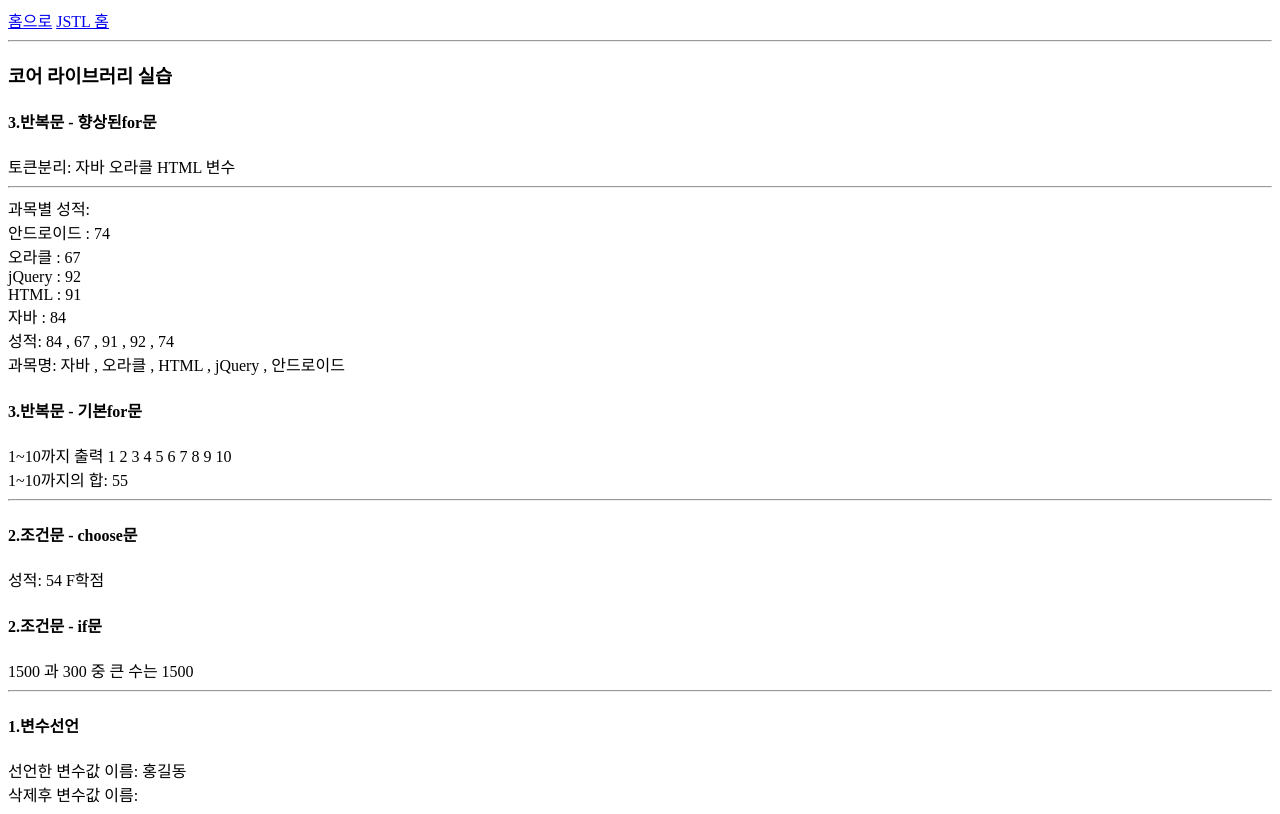
Repository: linklifejo/study_web
Page: http://localhost/servlet02/jstl/core.jsp
The author's editor kept a copy of each file at every save. The page is drawn from the files as they stood at one save, then again after the next save.
The browser window is 1280 px wide. The pictures show the whole page.
The page is served by Tomcat 9.

Above is the page before, as saved 2023-02-08 01:08:40.

After the next save:
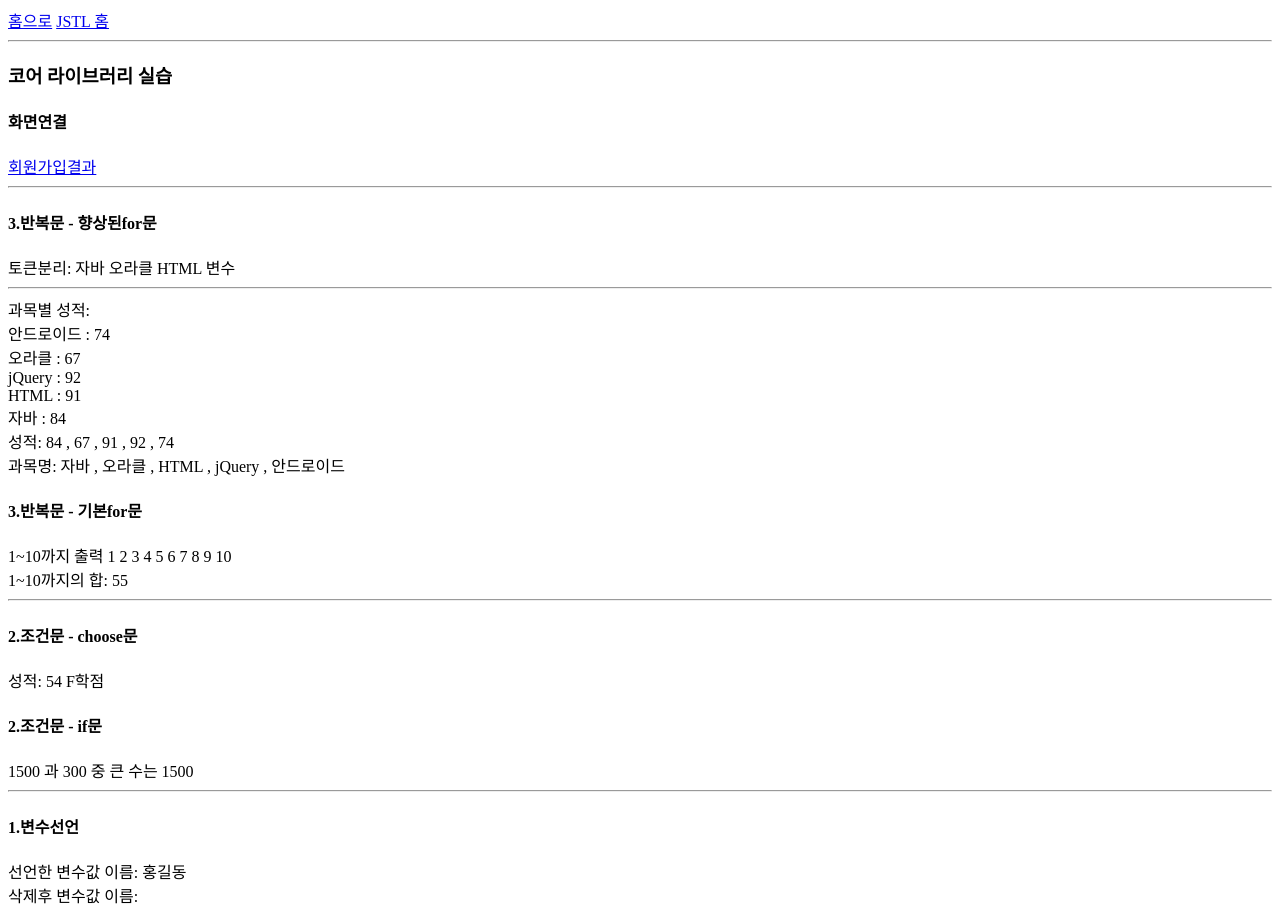
Saved 17 min 4 s later.
--- a/servlet02/src/main/webapp/jstl/core.jsp
+++ b/servlet02/src/main/webapp/jstl/core.jsp
@@ -12,6 +12,9 @@
 <a href='index.jsp'>JSTL 홈</a>
 <hr>
 <h3>코어 라이브러리 실습</h3>
+<h4>화면연결</h4>
+<a href='../member/info.jsp?name=나그네&gender=남'>회원가입결과</a>
+<hr>
 <h4>3.반복문 - 향상된for문</h4>
 <%
 String values = "자바,오라클|HTML?변수";
